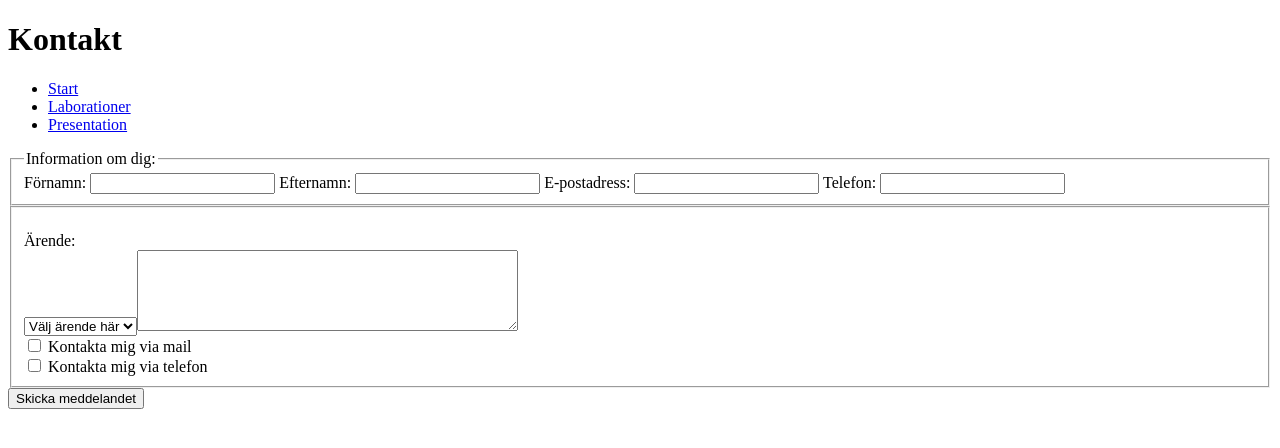
Repository: Martin-Carlsson85/HTML-och-CSS
Page: pages/kontakt.html
The author's editor kept a record of every edit. The page is drawn from the files as they stood at one moment, then again after the next edit.
The browser window is 1280 px wide. The pictures show the whole page.

Above is the page before.

### pages/kontakt.html
<!doctype html>
<html lang="sv">
    <head>
        <meta charset="utf-8" />

        <title>Kontakt</title>

    </head>

<h1>Kontakt</h1>

<ul>
    <li><a href="../index.html">Start</a></li>

    <li><a href="laborationer.html">Laborationer</a></li>

    <li><a href="presentation.html">Presentation</a></li>
</ul>

<form id="form" name="form" method="post" action="http://voyager.lnu.se/tekinet/kurser/dtt/wp_webbintro/form.php">

        <fieldset>
            <legend>Information om dig:</legend>

            Förnamn:
            <input type="text" name="fnamn" id="fnamn" />

            Efternamn:
            <input type="text" name="enamn" id="enamn" />

            E-postadress:
            <input type="text" name="epost" id="epost" />

            Telefon:
            <input type="text" name="epost" id="epost" />

        </fieldset>
        <fieldset>
<label for="select"><br />
Ärende:</label><br />

<select name="favoritarstid" id="favoritarstid">
<option> Välj ärende här </option>
<option value="var"> Synpunkter </option>
<option value="var"> Frågor </option>

Meddelande:<br />
<textarea name="meddelande" id="meddelande" cols="45" rows="5"></textarea> <br />

<input type="checkbox" name="favoritarstid" id="sommar" value="sommar"/>
<label for="sommar">Kontakta mig via mail</label> <br />

<input type="checkbox" name="favoritarstid" id="host" value="host"/>
<label for="host">Kontakta mig via telefon</label> <br />

        </fieldset>

<input type="submit" name="skicka" id="skicka" value="Skicka meddelandet" />

</form>

After the next edit:
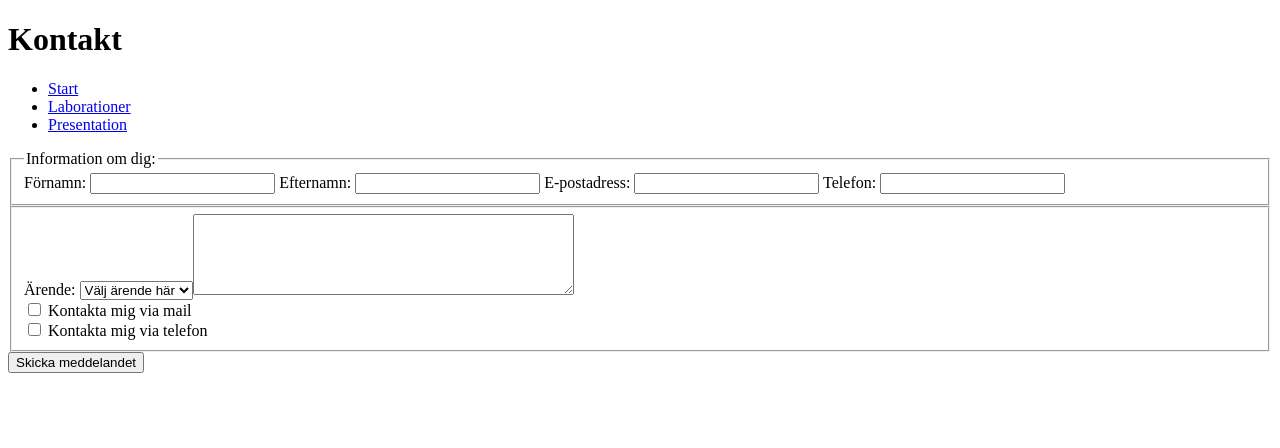
The edit:
--- a/pages/kontakt.html
+++ b/pages/kontakt.html
@@ -36,8 +36,8 @@
 
         </fieldset>
         <fieldset>
-<label for="select"><br />
-Ärende:</label><br />
+<label for="select">
+Ärende:</label>
 
 <select name="favoritarstid" id="favoritarstid">
 <option> Välj ärende här </option>
